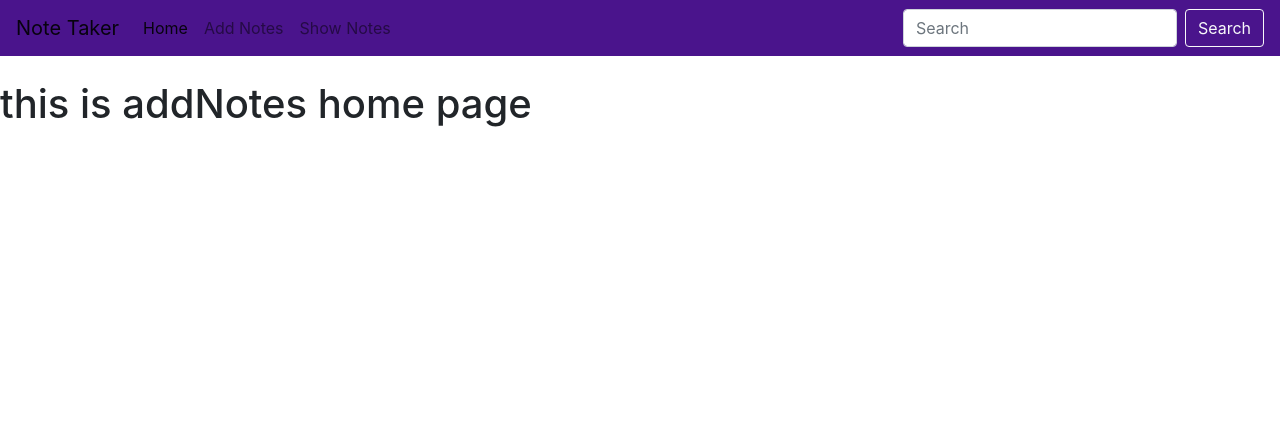
Repository: nayanchy123456/TODO-Project
Page: http://localhost/NoteTaker/add_notes.jsp
These files come from the project's save history. The page is drawn as it stood at one moment and after the next save; the edit follows.
The browser window is 1280 px wide. The pictures show the whole page.
Some web libraries are served in a nearby version. The page is served by Tomcat 10. Other server files are loaded and not shown.

Above is the page before, as saved 2024-09-03 10:44:19.

### TODO webApplication/NoteTaker/src/main/webapp/add_notes.jsp
<!doctype html>
<html lang="en">
  <head>
    <!-- Required meta tags -->
    <meta charset="utf-8">
    <meta name="viewport" content="width=device-width, initial-scale=1, shrink-to-fit=no">


    <title>Add Notes</title>
    <%@include file = "all_js_css.jsp" %>
  </head>
  <body>
   <div class = "container-fluid p-0 m-0">
    	<%@include file = "navbar.jsp" %>

    	<br>
    	<h1>this is addNotes home page</h1>
    </div>







  </body>
</html>

### TODO webApplication/NoteTaker/src/main/webapp/all_js_css.jsp
<!-- Bootstrap CSS -->
    <link rel="stylesheet" href="https://cdn.jsdelivr.net/npm/bootstrap@4.0.0/dist/css/bootstrap.min.css" integrity="sha384-Gn5384xqQ1aoWXA+058RXPxPg6fy4IWvTNh0E263XmFcJlSAwiGgFAW/dAiS6JXm" crossorigin="anonymous">

	<link href="css/style.css" rel="stylesheet">



    <!-- Optional JavaScript -->
    <!-- jQuery first, then Popper.js, then Bootstrap JS -->
    <script src="https://code.jquery.com/jquery-3.2.1.slim.min.js" integrity="sha384-KJ3o2DKtIkvYIK3UENzmM7KCkRr/rE9/Qpg6aAZGJwFDMVNA/GpGFF93hXpG5KkN" crossorigin="anonymous"></script>
    <script src="https://cdn.jsdelivr.net/npm/popper.js@1.12.9/dist/umd/popper.min.js" integrity="sha384-ApNbgh9B+Y1QKtv3Rn7W3mgPxhU9K/ScQsAP7hUibX39j7fakFPskvXusvfa0b4Q" crossorigin="anonymous"></script>
    <script src="https://cdn.jsdelivr.net/npm/bootstrap@4.0.0/dist/js/bootstrap.min.js" integrity="sha384-JZR6Spejh4U02d8jOt6vLEHfe/JQGiRRSQQxSfFWpi1MquVdAyjUar5+76PVCmYl" crossorigin="anonymous"></script>

### TODO webApplication/NoteTaker/src/main/webapp/navbar.jsp
<nav class="navbar navbar-expand-lg navbar-light purple">
  <a class="navbar-brand" href="index.jsp">Note Taker</a>
  <button class="navbar-toggler" type="button" data-toggle="collapse" data-target="#navbarSupportedContent" aria-controls="navbarSupportedContent" aria-expanded="false" aria-label="Toggle navigation">
    <span class="navbar-toggler-icon"></span>
  </button>

  <div class="collapse navbar-collapse" id="navbarSupportedContent">
    <ul class="navbar-nav mr-auto">
      <li class="nav-item active">
        <a class="nav-link" href="index.jsp">Home <span class="sr-only">(current)</span></a>
      </li>
      <li class="nav-item">
        <a class="nav-link" href="add_notes.jsp">Add Notes</a>
      </li>

      <li class="nav-item">
        <a class="nav-link " href="#">Show Notes</a>
      </li>
    </ul>
    <form class="form-inline my-2 my-lg-0">
      <input class="form-control mr-sm-2" type="search" placeholder="Search" aria-label="Search">
      <button class="btn btn-outline-light my-2 my-sm-0" type="submit">Search</button>
    </form>
  </div>
</nav>

### TODO webApplication/NoteTaker/src/main/webapp/css/style.css
.purple{

	background: #4A148C;
}

After the next save:
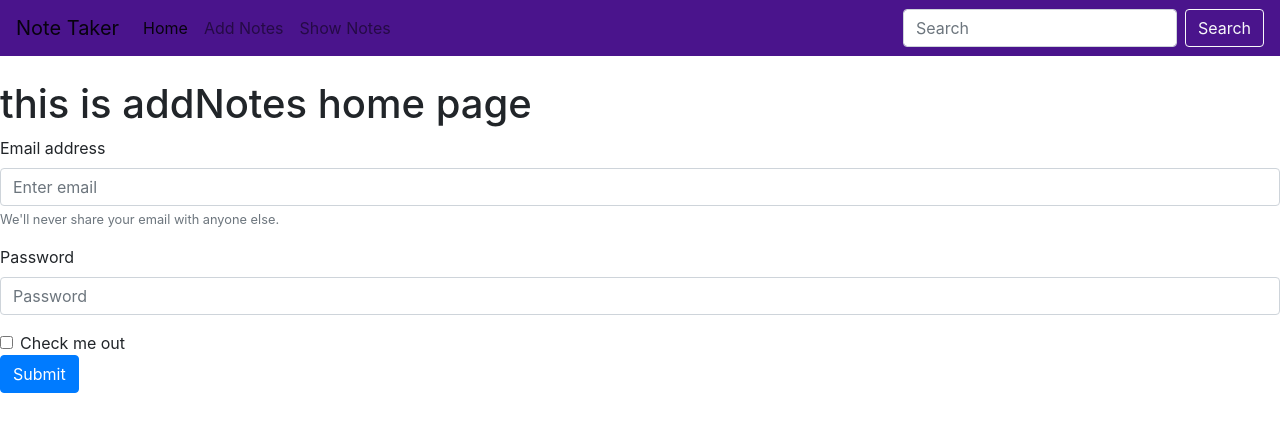
Saved 3 min 22 s later.
--- a/TODO webApplication/NoteTaker/src/main/webapp/add_notes.jsp
+++ b/TODO webApplication/NoteTaker/src/main/webapp/add_notes.jsp
@@ -15,6 +15,25 @@
 
     	<br>
     	<h1>this is addNotes home page</h1>
+
+    	<!-- this is add form  -->
+    	<form>
+  <div class="form-group">
+    <label for="exampleInputEmail1">Email address</label>
+    <input type="email" class="form-control" id="exampleInputEmail1" aria-describedby="emailHelp" placeholder="Enter email">
+    <small id="emailHelp" class="form-text text-muted">We'll never share your email with anyone else.</small>
+  </div>
+  <div class="form-group">
+    <label for="exampleInputPassword1">Password</label>
+    <input type="password" class="form-control" id="exampleInputPassword1" placeholder="Password">
+  </div>
+  <div class="form-check">
+    <input type="checkbox" class="form-check-input" id="exampleCheck1">
+    <label class="form-check-label" for="exampleCheck1">Check me out</label>
+  </div>
+  <button type="submit" class="btn btn-primary">Submit</button>
+</form>
+
     </div>
 
 
